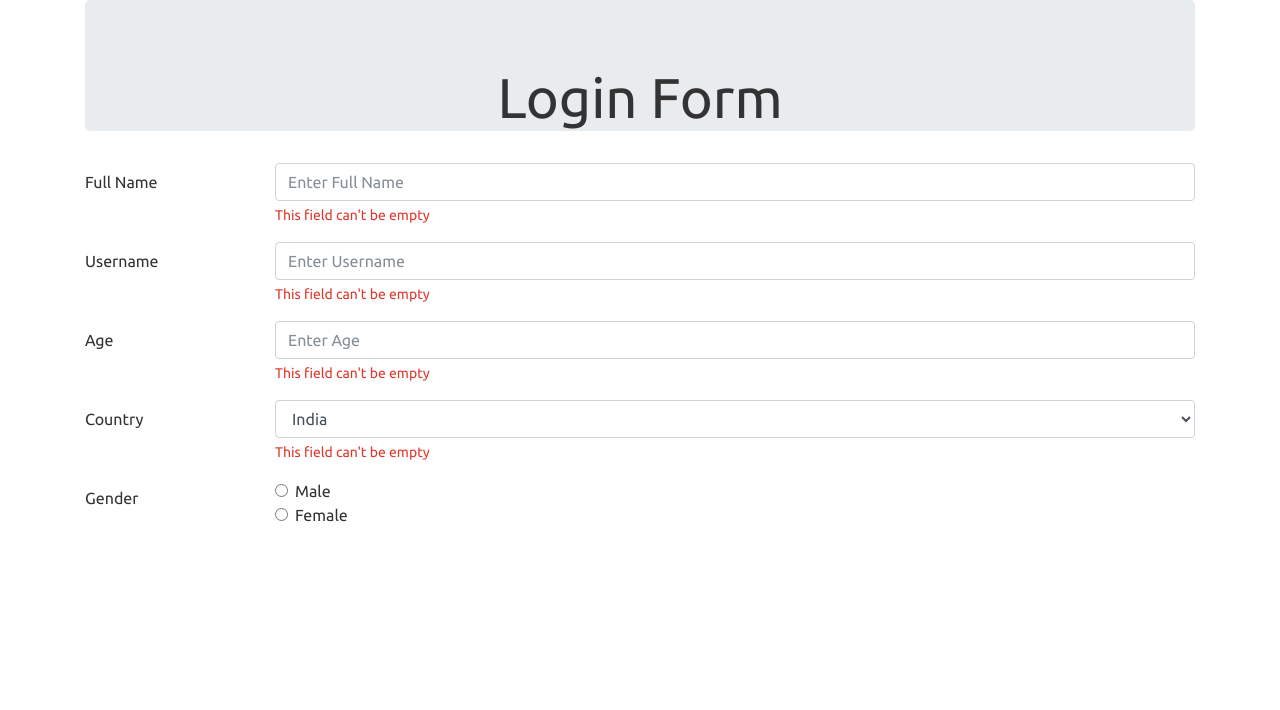
Repository: amar468S/Ng-templateDrivenForm
Page: /
The author's editor kept a copy of each file at every save. The page is drawn from the files as they stood at one save, then again after the next save.
The browser window is 1280 px wide. The pictures show the whole page.
Some web libraries are served in a nearby version. The project was rebuilt for these pictures with package versions that can differ from the ones it lists, and the page was loaded fresh each time. Also part of the build but not shown: angular.json.

Above is the page before, as saved 2019-02-03 15:59:02.

### src/index.html
<!doctype html>
<html lang="en">
<head>
  <meta charset="utf-8">
  <title>NgTemplateForms</title>
  <base href="/">

  <meta name="viewport" content="width=device-width, initial-scale=1">
  <link rel="icon" type="image/x-icon" href="favicon.ico">
  <!-- CSS -->
  <link rel="stylesheet" href="https://stackpath.bootstrapcdn.com/bootstrap/4.2.1/css/bootstrap.min.css" integrity="sha384-GJzZqFGwb1QTTN6wy59ffF1BuGJpLSa9DkKMp0DgiMDm4iYMj70gZWKYbI706tWS" crossorigin="anonymous">
  <link rel="stylesheet" href="https://bootswatch.com/4/united/bootstrap.min.css">
  <!-- JS -->
  <script src="https://code.jquery.com/jquery-3.3.1.slim.min.js" integrity="sha384-q8i/X+965DzO0rT7abK41JStQIAqVgRVzpbzo5smXKp4YfRvH+8abtTE1Pi6jizo" crossorigin="anonymous"></script>
  <script src="https://cdnjs.cloudflare.com/ajax/libs/popper.js/1.14.6/umd/popper.min.js" integrity="sha384-wHAiFfRlMFy6i5SRaxvfOCifBUQy1xHdJ/yoi7FRNXMRBu5WHdZYu1hA6ZOblgut" crossorigin="anonymous"></script>
  <script src="https://stackpath.bootstrapcdn.com/bootstrap/4.2.1/js/bootstrap.min.js" integrity="sha384-B0UglyR+jN6CkvvICOB2joaf5I4l3gm9GU6Hc1og6Ls7i6U/mkkaduKaBhlAXv9k" crossorigin="anonymous"></script>

</head>
<body>
  <app-root></app-root>
</body>
</html>

### src/app/app.component.html
<div class="container">
    <div class="jumbotron pb-0">
      <p class="display-4 text-center mb-0">Login Form</p>
    </div>

  <form>
      <div class="form-group row">
          <label class="col-sm-2 col-form-label">Full Name</label>
          <div class="col-sm-10">
            <input type="text" class="form-control" placeholder="Enter Full Name">
            <small class="form-text text-danger">This field can't be empty</small>
          </div>
      </div>
      <div class="form-group row">
          <label class="col-sm-2 col-form-label">Username</label>
          <div class="col-sm-10">
            <input type="text" class="form-control" placeholder="Enter Username">
            <small class="form-text text-danger">This field can't be empty</small>
          </div>
      </div>
      <div class="form-group row">
          <label class="col-sm-2 col-form-label">Age</label>
          <div class="col-sm-10">
            <input type="number" class="form-control" placeholder="Enter Age">
            <small class="form-text text-danger">This field can't be empty</small>
          </div>
      </div>
      <div class="form-group row">
          <label class="col-sm-2 col-form-label">Country</label>
          <div class="col-sm-10">
            <select class="form-control">
              <option value="India">India</option>
              <option value="Sri Lanka">Sri Lanka</option>
              <option value="Bangladesh">Bangladesh</option>
              <option value="Nepal">Nepal</option>
            </select>
            <small class="form-text text-danger">This field can't be empty</small>
          </div>
      </div>
      <div class="form-group row">
          <label class="col-sm-2 col-form-label">Gender</label>
          <div class="col-sm-10">
            <div class="form-check">
              <input class="form-check-input" type="radio" name="gender">
              <label class="form-check-label">Male</label>
            </div>
            <div class="form-check">
                <input class="form-check-input" type="radio" name="gender">
                <label class="form-check-label">Female</label>
            </div>
          </div>
      </div>
  </form>

</div>

Loaded but not shown: src/styles.css (common file); src/main.ts (common file); src/app/app.module.ts (common file); src/environments/environment.ts (common file); src/app/app.component.ts (common file); src/app/app.component.css (no stored copy; drawn as an empty file)

After the next save:
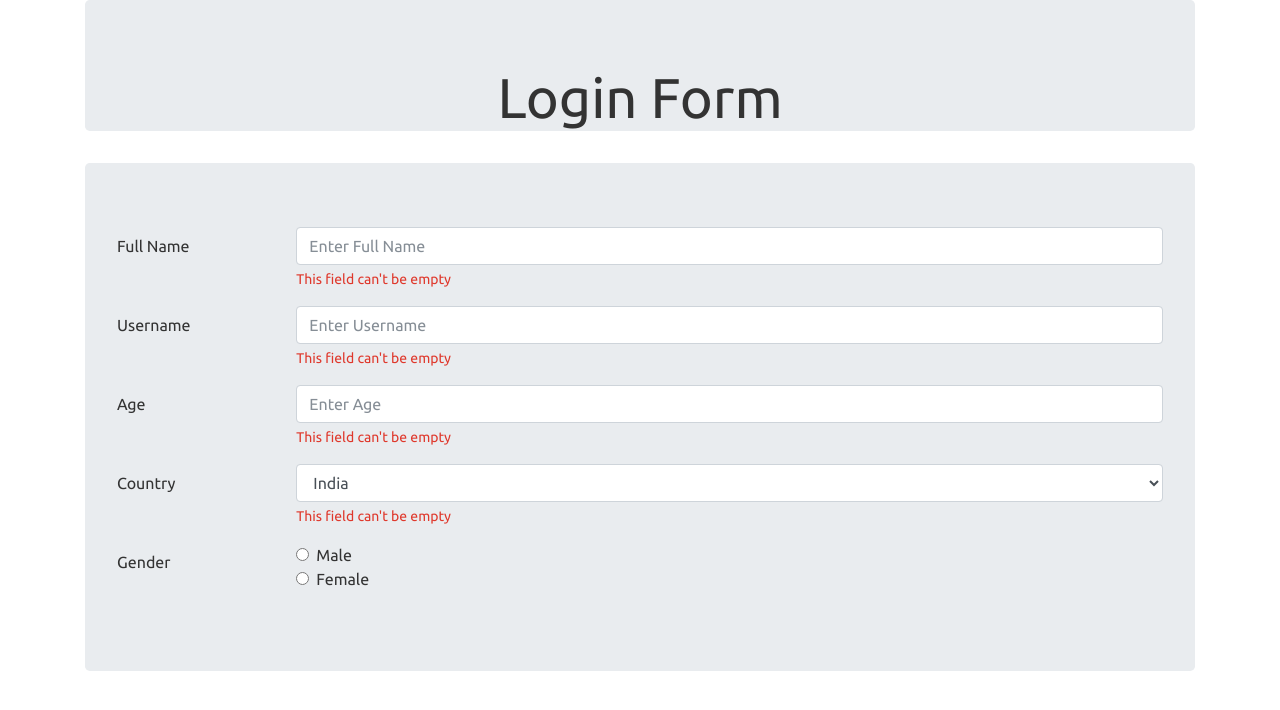
Saved 41 s later.
--- a/src/app/app.component.html
+++ b/src/app/app.component.html
@@ -3,6 +3,7 @@
       <p class="display-4 text-center mb-0">Login Form</p>
     </div>
 
+  <div class="jumbotron">
   <form>
       <div class="form-group row">
           <label class="col-sm-2 col-form-label">Full Name</label>
@@ -51,5 +52,6 @@
           </div>
       </div>
   </form>
+  </div>
 
 </div>
